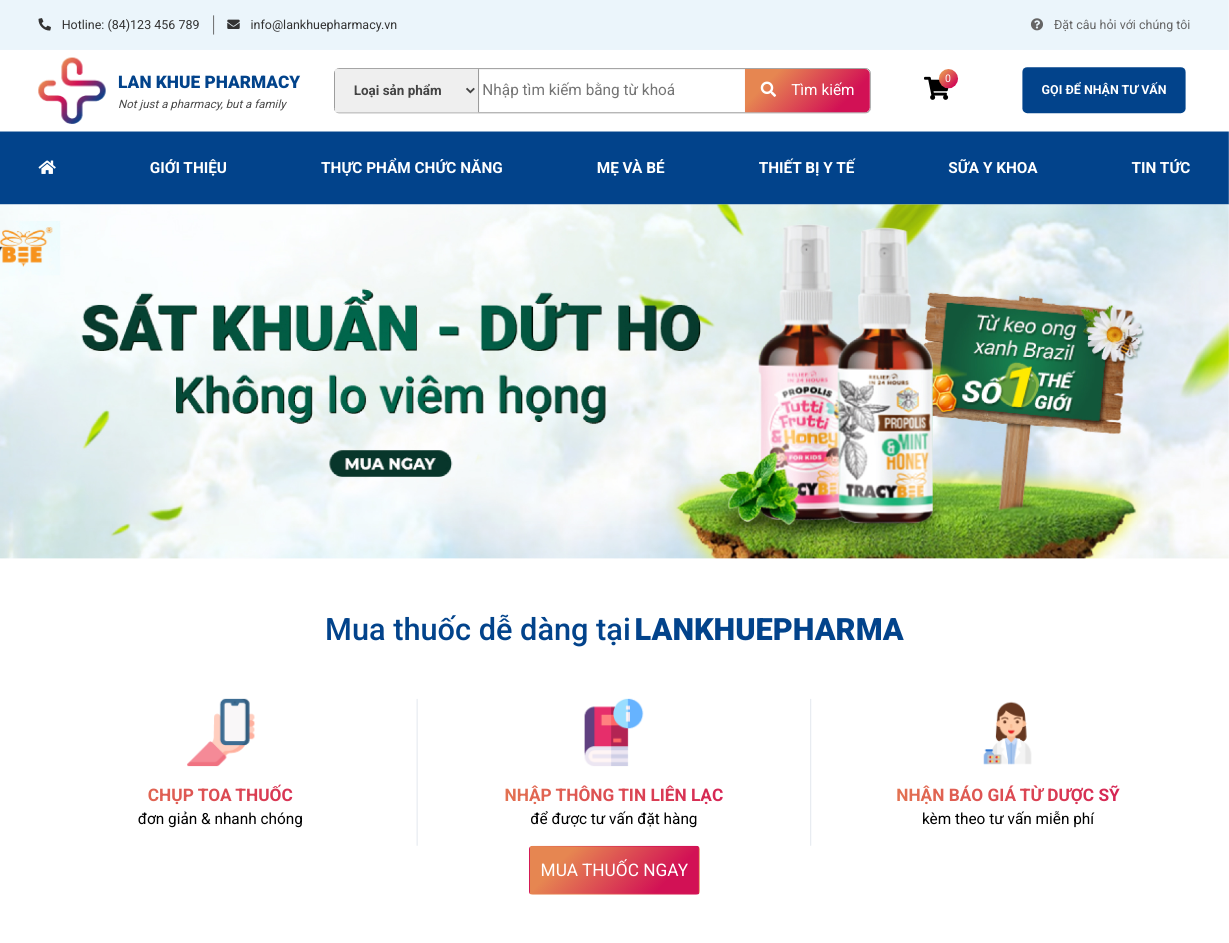
Repository: haianh12082001/Lan-khue
Page: index.html
The author's editor kept a copy of each file at every save. The page is drawn from the files as they stood at one save, then again after the next save.
The browser window is 1280 px wide. The pictures show the whole page, at 96% of full size.
Some web libraries are served in a nearby version. The style sheet was rebuilt from its Sass, Less or Tailwind sources for each picture, by a compiler version that may differ from the author's.

Above is the page before, as saved 2021-12-18 11:42:16.

### index.html
<!DOCTYPE html>
<html lang="en">
    <head>
        <meta charset="UTF-8" />
        <meta http-equiv="X-UA-Compatible" content="IE=edge" />
        <meta name="viewport" content="width=device-width, initial-scale=1.0" />
        <title>Document</title>
        <link href="https://fonts.googleapis.com/css2?family=Roboto:wght@400;500;700;900&display=swap" rel="stylesheet" />
        <link rel="stylesheet" href="./assets/fonts/fontawesome-free-5.15.3/css/all.min.css" />
        <link
            rel="stylesheet"
            href="https://cdn.jsdelivr.net/npm/bootstrap@4.6.0/dist/css/bootstrap.min.css"
            integrity="sha384-B0vP5xmATw1+K9KRQjQERJvTumQW0nPEzvF6L/Z6nronJ3oUOFUFpCjEUQouq2+l"
            crossorigin="anonymous"
        />
        <link rel="stylesheet" type="text/css" href="https://cdn.jsdelivr.net/npm/slick-carousel@1.8.1/slick/slick.css" />
        <link rel="stylesheet" href="./assets/css/app.css" />
    </head>
    <body>
        <div class="top-header">
            <div class="container">
                <div class="py-3 d-flex justify-content-between align-items-center">
                    <div class="info d-flex">
                        <div class="top-header-hotline">
                            <i class="fas fa-phone-alt"></i>
                            Hotline: (84)123 456 789
                        </div>
                        <div class="top-header-email">
                            <i class="fas fa-envelope"></i>
                            info@lankhuepharmacy.vn
                        </div>
                    </div>
                    <div class="question">
                        <a href="">
                            <i class="fas fa-question-circle"></i>
                            Đặt câu hỏi với chúng tôi
                        </a>
                    </div>
                </div>
            </div>
        </div>
        <header class="header">
            <div class="header-searchbar py-2">
                <div class="container">
                    <div class="row align-items-center">
                        <div class="col-lg-3 col-3">
                            <div class="header-logo">
                                <a href="" class="d-flex flex-shrink-0">
                                    <img src="./assets/img/logo.png" alt="" />
                                    <div class="body">
                                        <div class="name">LAN KHUE PHARMACY</div>
                                        <div class="slogan">Not just a pharmacy, but a family</div>
                                    </div>
                                </a>
                            </div>
                        </div>
                        <div class="col-lg-6 col-3">
                            <div class="input-group">
                                <form action="" class="header-search">
                                    <select name="CatId" id="catalog">
                                        <option value="">Loại sản phẩm</option>
                                        <option value="">Danh mục thuốc</option>
                                        <option value="">Thực Phẩm Chức Năng</option>
                                        <option value="">Mẹ Và Bé</option>
                                        <option value="">Thiết Bị Y Tế</option>
                                        <option value="">Sữa y khoa</option>
                                        <option value="">Các sản phẩm khác</option>
                                    </select>
                                    <input type="text" placeholder="Nhập tìm kiếm bằng từ khoá" />

                                    <button type="submit">
                                        <i class="fas fa-search"></i>
                                        Tìm kiếm
                                    </button>
                                </form>
                            </div>
                        </div>
                        <div class="col-lg-1 col-3 d-flex align-items-center">
                            <div class="header-cart position-relative">
                                <i class="fas fa-shopping-cart"></i>
                                <span id="itemshop">0</span>
                            </div>
                        </div>
                        <div class="col-lg-2 col-3 d-none d-lg-block">
                            <a href="" class="header-btn"> Gọi để nhận tư vấn </a>
                        </div>
                    </div>
                </div>
            </div>
            <div class="header-menu">
                <div class="container">
                    <ul class="menu-list">
                        <li class="menu-item">
                            <a href=""><i class="fas fa-home"></i></a>
                        </li>
                        <li class="menu-item">
                            <a href="">Giới thiệu</a>
                        </li>
                        <li class="menu-item">
                            <a href="">Thực phẩm chức năng</a>
                        </li>
                        <li class="menu-item">
                            <a href="">Mẹ và bé</a>
                        </li>
                        <li class="menu-item">
                            <a href="">Thiết bị y tế</a>
                        </li>
                        <li class="menu-item">
                            <a href="">Sữa y khoa</a>
                        </li>
                        <li class="menu-item">
                            <a href="">Tin tức</a>
                        </li>
                    </ul>
                </div>
            </div>
        </header>
        <section class="banner">
            <img src="./assets/img/banner.jpg" alt="" />
        </section>
        <!-- Mua thuốc dễ dàng tại lankhuepharma -->
        <section class="section-buy-medicine">
            <div class="container">
                <div class="text-center">
                    <span class="title-sub">Mua thuốc dễ dàng tại</span>
                    <span class="section-title">lankhuepharma</span>
                </div>
                <div class="row pt-lg-5">
                    <div class="col-lg-4 item">
                        <div class="text-center">
                            <img src="./assets/img/buy-medicine/selfie 1.png" alt="" />
                            <div class="body p-3">
                                <div class="name">Chụp toa thuốc</div>
                                <div class="des">đơn giản & nhanh chóng</div>
                            </div>
                        </div>
                    </div>
                    <div class="col-lg-4 item">
                        <div class="text-center">
                            <img src="./assets/img/buy-medicine/Group 375.png" alt="" />
                            <div class="body p-3">
                                <div class="name">nhập thông tin liên lạc</div>
                                <div class="des">để được tư vấn đặt hàng</div>
                            </div>
                        </div>
                    </div>
                    <div class="col-lg-4 item">
                        <div class="text-center">
                            <img src="./assets/img/buy-medicine/pharmacist 1.png" alt="" />
                            <div class="body p-3">
                                <div class="name">nhận báo giá từ dược sỹ</div>
                                <div class="des">kèm theo tư vấn miễn phí</div>
                            </div>
                        </div>
                    </div>
                </div>
                <div class="text-center">
                    <a href="" class="btn">Mua thuốc ngay</a>
                </div>
            </div>
        </section>
        <script type="text/javascript" src="https://code.jquery.com/jquery-1.11.0.min.js"></script>
        <script type="text/javascript" src="https://code.jquery.com/jquery-migrate-1.2.1.min.js"></script>
        <script
            src="https://cdnjs.cloudflare.com/ajax/libs/bootstrap/4.6.0/js/bootstrap.min.js"
            integrity="sha512-XKa9Hemdy1Ui3KSGgJdgMyYlUg1gM+QhL6cnlyTe2qzMCYm4nAZ1PsVerQzTTXzonUR+dmswHqgJPuwCq1MaAg=="
            crossorigin="anonymous"
            referrerpolicy="no-referrer"
        ></script>
        <script type="text/javascript" src="https://cdn.jsdelivr.net/npm/slick-carousel@1.8.1/slick/slick.min.js"></script>
    </body>
</html>

### assets/sass/app.scss
@import "variables";
@import "mixin";
@import "reset";
@import "global";
@import "header";
@import "body";

### assets/sass/_variables.scss
$black: #000;
$gray: #656565;
$blue: #02438b;
$white: #ffffff;
$background-gradient: linear-gradient(134.52deg, #e68651 21.07%, #d21155 79.08%);

### assets/sass/_mixin.scss
@mixin maxWidth($q) {
    @media screen and (max-width: $q) {
        @content;
    }
}
@mixin minWidth($q) {
    @media screen and (min-width: $q) {
        @content;
    }
}

@mixin text-gradient {
    color: transparent;
    background-clip: text;
    -webkit-background-clip: text;
    background-image: linear-gradient(to right, #e68651, #d21155);
}

### assets/sass/_reset.scss
html {
    box-sizing: border-box;
    scroll-behavior: smooth;
}
* {
    margin: 0;
    padding: 0;
}
*,
*:before,
*:after {
    box-sizing: border-box;
}
input,
textarea,
select,
button {
    outline: none;
}
input {
    line-height: normal;
    outline: none;
    box-shadow: none;
}
input:focus {
    outline: 0;
    border: none;
    box-shadow: none;
}
ul,
li {
    margin: 0;
    padding: 0;
    list-style: none;
}
label,
button {
    cursor: pointer;
}
a {
    text-decoration: none;

    &:hover {
        text-decoration: none;
    }
}
img {
    max-width: 100%;
    object-fit: cover;
}
.gutters-5 > [class*="col-"] {
    padding-right: 5px;
    padding-left: 5px;
}

### assets/sass/_global.scss
.container {
    max-width: 1230px;
    margin: 0 auto;
    padding: 0 15px;
}
body {
    margin: 0;
    padding: 0;
    width: 100%;
    font-size: 16px;
    color: $black;
    font-family: "Roboto", sans-serif;
    @include maxWidth(768px) {
        font-size: 14px;
    }
}
.section-title {
    font-size: 32px;
    text-transform: uppercase;
    color: $blue;
    font-weight: 900;
}

### assets/sass/_header.scss
.top-header {
    background: #ebf5fb;
    font-size: 13px;
    color: $gray;
    .info {
        color: #333333;
    }
    .question a {
        color: $gray;
    }
    i {
        margin-right: 8px;
    }
}
.top-header-hotline {
    padding-right: 14px;
    border-right: 1px solid $gray;
}
.top-header-email {
    padding-left: 14px;
}
.header-logo {
    flex: 1;
    img {
        width: 70px;
        height: 69px;
        object-fit: contain;
    }
    .body {
        margin-left: 13px;
        display: flex;
        flex-direction: column;
        justify-content: center;
    }
    .name {
        font-weight: 900;
        color: $blue;
        font-size: 18px;
    }
    .slogan {
        font-size: 12px;
        color: #4a4a4a;
        font-style: italic;
    }
}
.header-search {
    background: #ffffff;
    border: 1px solid #949494;
    box-sizing: border-box;
    border-radius: 5px;
    #catalog {
        border: none;
        padding: 0 16px;
        height: 100%;
        width: 150px;
        font-size: 14px;
        color: #444444;
        font-weight: bold;
        border-right: 0.25px solid #949494;
        // width: 30%;
    }
    input {
        border: none;
        width: 270px;
        // max-width: 300px;
    }
    button {
        background: $background-gradient;
        border: none;
        height: 45px;
        padding: 0 16px;
        border-radius: 0px 5px 5px 0px;
        color: $white;
        i {
            margin-right: 12px;
        }
    }
}
.header-cart {
    i {
        font-size: 24px;
    }
    span {
        width: 20px;
        height: 20px;
        display: flex;
        align-items: center;
        justify-content: center;
        position: absolute;
        background: $background-gradient;
        border-radius: 100rem;
        top: -8px;
        right: -8px;
        font-size: 11px;
        color: $white;
    }
}
.header-btn {
    padding: 14px 20px;
    background: $blue;
    display: inline-block;
    border-radius: 5px;
    color: $white;
    font-weight: 700;
    text-transform: uppercase;
    font-size: 13px;
    &:hover {
        color: $white;
    }
}
.header-menu {
    background: $blue;
}
.menu-list {
    display: flex;
    justify-content: space-between;
    text-transform: uppercase;
    padding: 26px 0;
    font-weight: 700;
    a {
        color: $white;
    }
}

### assets/sass/_body.scss
.banner img {
    height: 369px;
    width: 100%;
    object-fit: cover;
}
.section-buy-medicine {
    padding: 50px 0;
    .title-sub {
        color: $blue;
        font-size: 32px;
        font-weight: 500;
    }
    .item {
        border-right: 1px solid #e1e7ed;
        &:last-child {
            border: none;
        }
    }
    .name {
        text-transform: uppercase;
        font-size: 18px;
        font-weight: bold;
        @include text-gradient;
    }
    img {
        max-height: 70px;
    }
    .btn {
        background: $background-gradient;
        text-transform: uppercase;
        color: $white;
        font-size: 18px;
        padding: 11px;
    }
}

Loaded but not shown: assets/fonts/fontawesome-free-5.15.3/css/all.min.css (library)

After the next save:
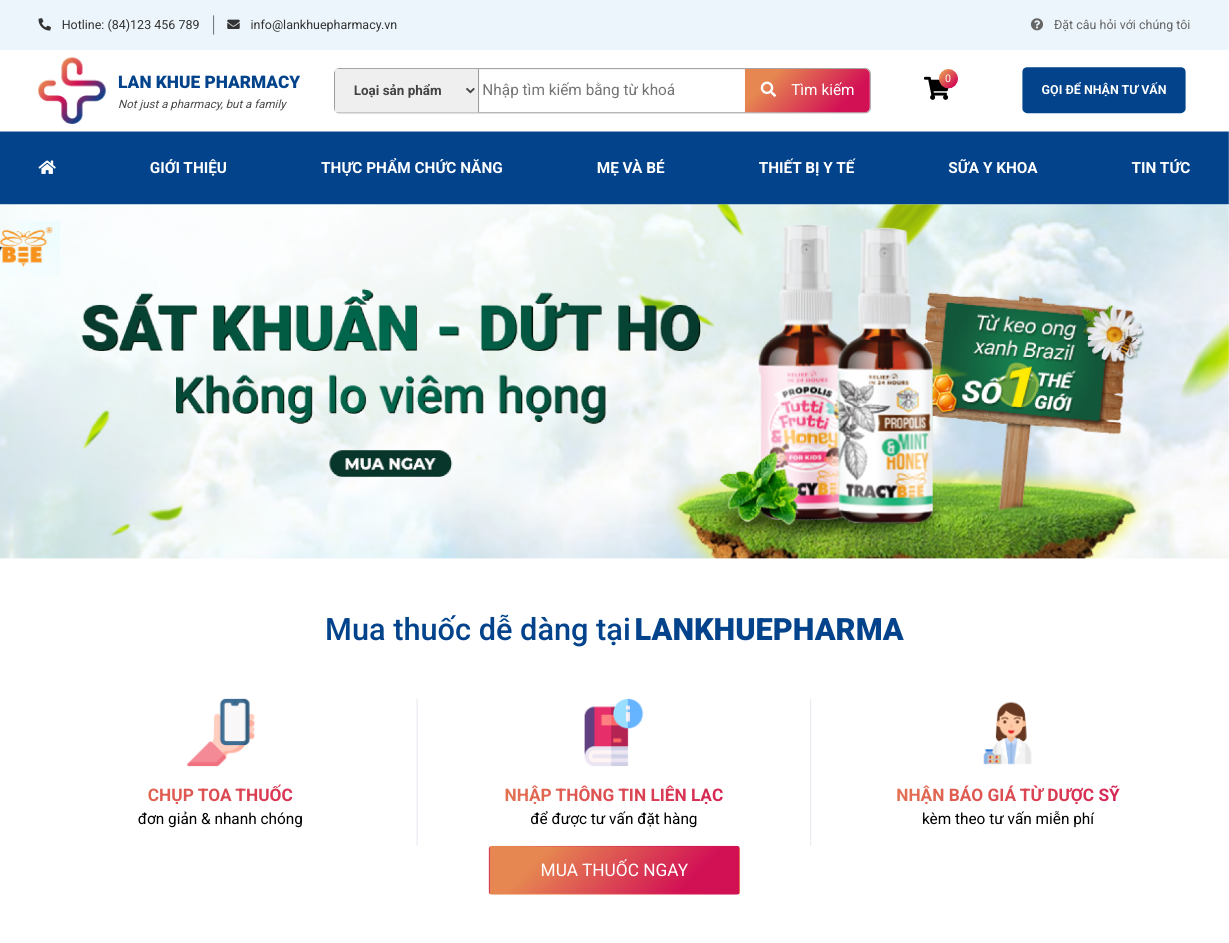
Saved 11 s later.
--- a/assets/sass/_body.scss
+++ b/assets/sass/_body.scss
@@ -30,6 +30,6 @@
         text-transform: uppercase;
         color: $white;
         font-size: 18px;
-        padding: 11px;
+        padding: 11px 53px;
     }
 }
